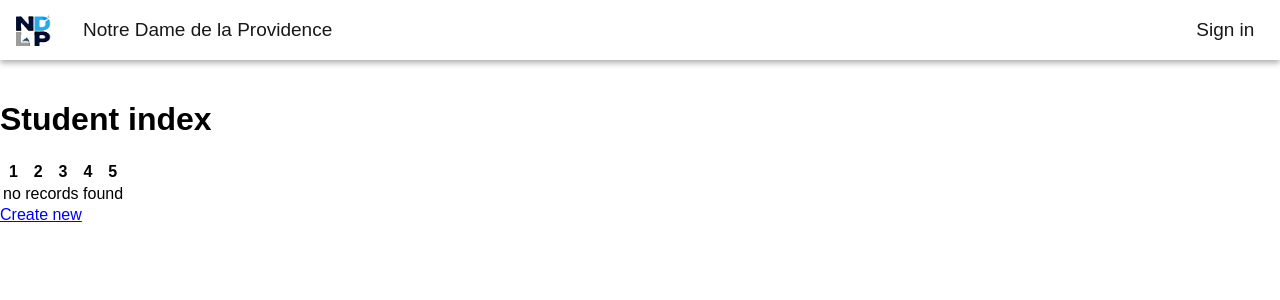
Repository: yaperson/self-feedback1
Page: templates/student/index.html.twig
An editor plug-in stored every save of this project. The page is shown before and after the next save, followed by the edit.
The browser window is 1280 px wide. The pictures show the whole page.
The page is a Twig template of a Symfony application; nobody is signed in and links lead nowhere. The template is opened directly, without the code that normally fills it, so the values that code supplies are empty.

Above is the page before, as saved 2021-12-14 14:30:07.

After the next save:
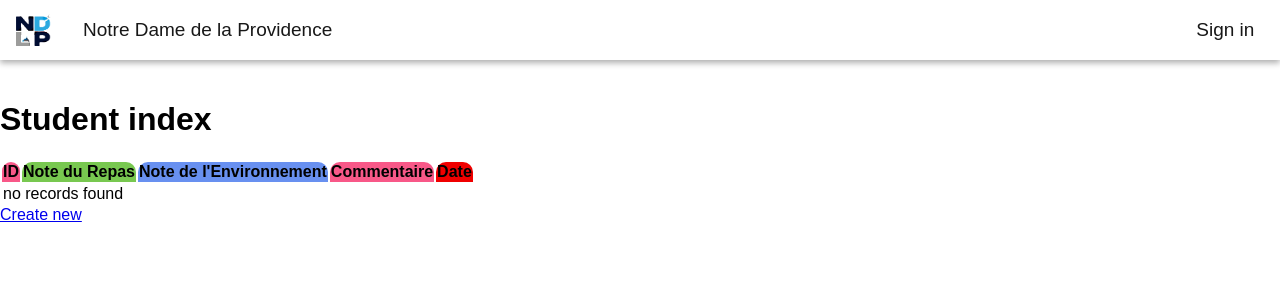
Saved 27 s later.
--- a/templates/student/index.html.twig
+++ b/templates/student/index.html.twig
@@ -58,11 +58,11 @@
     <table class="table">
         <thead>
             <tr>
-                <th>1</th>
-                <th>2</th>
-                <th>3</th>
-                <th>4</th>
-                <th>5</th>
+                <th style="background-color:#F85888; border-top-left-radius: 10px; -moz-border-radius-topleft: 10px; -webkit-border-top-left-radius: 10px; -khtml-border-top-left-radius: 10px; -icab-border-top-left-radius: 10px; -o-border-top-left-radius: 10px; border-top-right-radius: 10px; -moz-border-radius-topright: 10px; -webkit-border-top-right-radius: 10px; -khtml-border-top-right-radius: 10px; -icab-border-top-right-radius: 10px; -o-border-top-right-radius: 10px;">ID</th>
+                <th style="background-color:#78C850; border-top-left-radius: 10px; -moz-border-radius-topleft: 10px; -webkit-border-top-left-radius: 10px; -khtml-border-top-left-radius: 10px; -icab-border-top-left-radius: 10px; -o-border-top-left-radius: 10px; border-top-right-radius: 10px; -moz-border-radius-topright: 10px; -webkit-border-top-right-radius: 10px; -khtml-border-top-right-radius: 10px; -icab-border-top-right-radius: 10px; -o-border-top-right-radius: 10px;">Note du Repas</th>
+                <th style="background-color:#6890F0; border-top-left-radius: 10px; -moz-border-radius-topleft: 10px; -webkit-border-top-left-radius: 10px; -khtml-border-top-left-radius: 10px; -icab-border-top-left-radius: 10px; -o-border-top-left-radius: 10px; border-top-right-radius: 10px; -moz-border-radius-topright: 10px; -webkit-border-top-right-radius: 10px; -khtml-border-top-right-radius: 10px; -icab-border-top-right-radius: 10px; -o-border-top-right-radius: 10px;">Note de l'Environnement</th>
+                <th style="background-color:#F85888; border-top-left-radius: 10px; -moz-border-radius-topleft: 10px; -webkit-border-top-left-radius: 10px; -khtml-border-top-left-radius: 10px; -icab-border-top-left-radius: 10px; -o-border-top-left-radius: 10px; border-top-right-radius: 10px; -moz-border-radius-topright: 10px; -webkit-border-top-right-radius: 10px; -khtml-border-top-right-radius: 10px; -icab-border-top-right-radius: 10px; -o-border-top-right-radius: 10px;">Commentaire</th>
+                <th style="background-color:#F00000; border-top-left-radius: 10px; -moz-border-radius-topleft: 10px; -webkit-border-top-left-radius: 10px; -khtml-border-top-left-radius: 10px; -icab-border-top-left-radius: 10px; -o-border-top-left-radius: 10px; border-top-right-radius: 10px; -moz-border-radius-topright: 10px; -webkit-border-top-right-radius: 10px; -khtml-border-top-right-radius: 10px; -icab-border-top-right-radius: 10px; -o-border-top-right-radius: 10px;">Date</th>
             </tr>
         </thead>
         <tbody>
